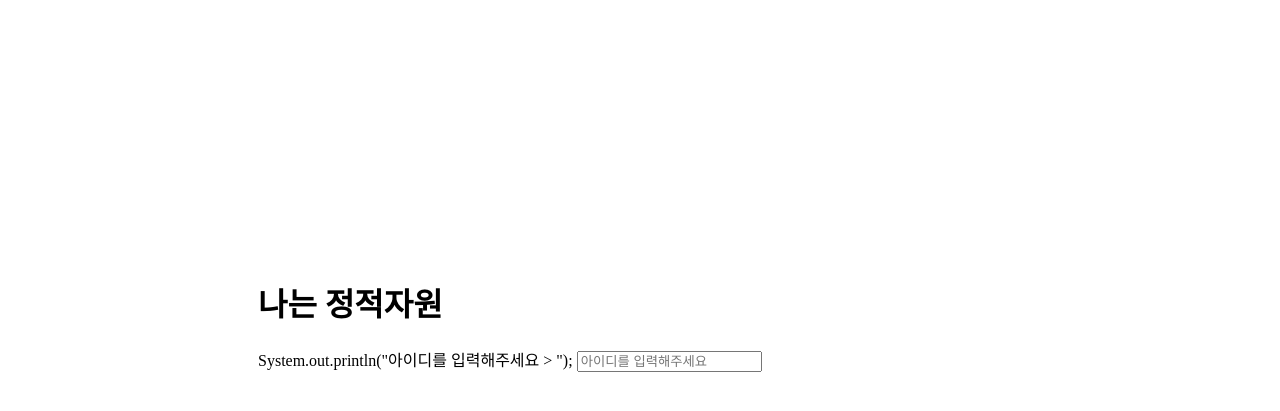
Repository: whgdkfk/web-workspace
Page: BurgerKingProject/src/main/webapp/static/Request_Page.html
An editor plug-in stored every save of this project. The page is shown before and after the next save, followed by the edit.
The browser window is 1280 px wide. The pictures show the whole page.

Above is the page before, as saved 2025-03-07 08:42:14.

### BurgerKingProject/src/main/webapp/static/Request_Page.html
<!DOCTYPE html>
<html>
<head>
<meta charset="UTF-8">
<title>눌렀음</title>
<style>
	body {
		padding: 250px;
	}
</style>
</head>
<body>
	<h1>나는 정적자원</h1>

	System.out.println("아이디를 입력해주세요 > ");

	<input type="text" placeholder="아이디를 입력해주세요"/>

</body>
</html>

After the next save:
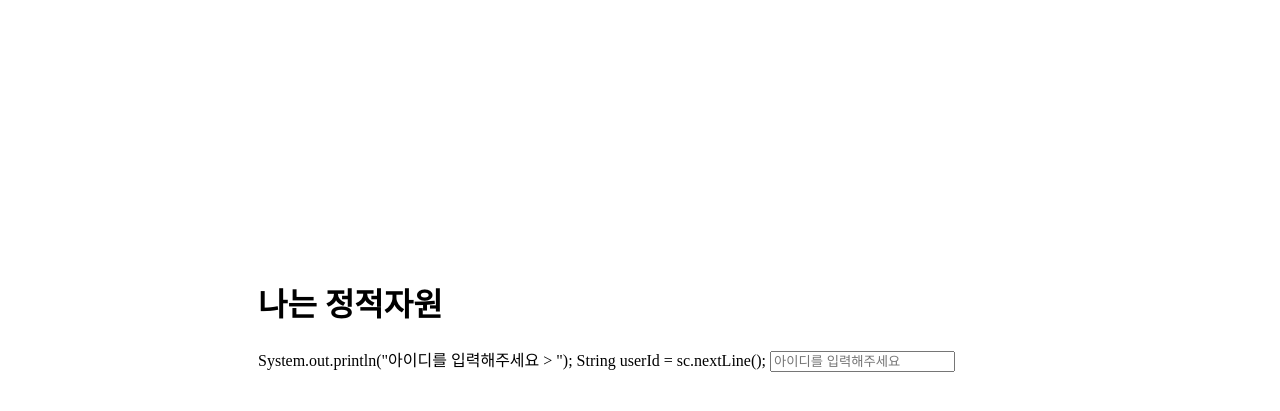
Saved 30 s later.
--- a/BurgerKingProject/src/main/webapp/static/Request_Page.html
+++ b/BurgerKingProject/src/main/webapp/static/Request_Page.html
@@ -13,6 +13,7 @@
 	<h1>나는 정적자원</h1>
 
 	System.out.println("아이디를 입력해주세요 > ");
+	String userId = sc.nextLine();
 
 	<input type="text" placeholder="아이디를 입력해주세요"/>
 
